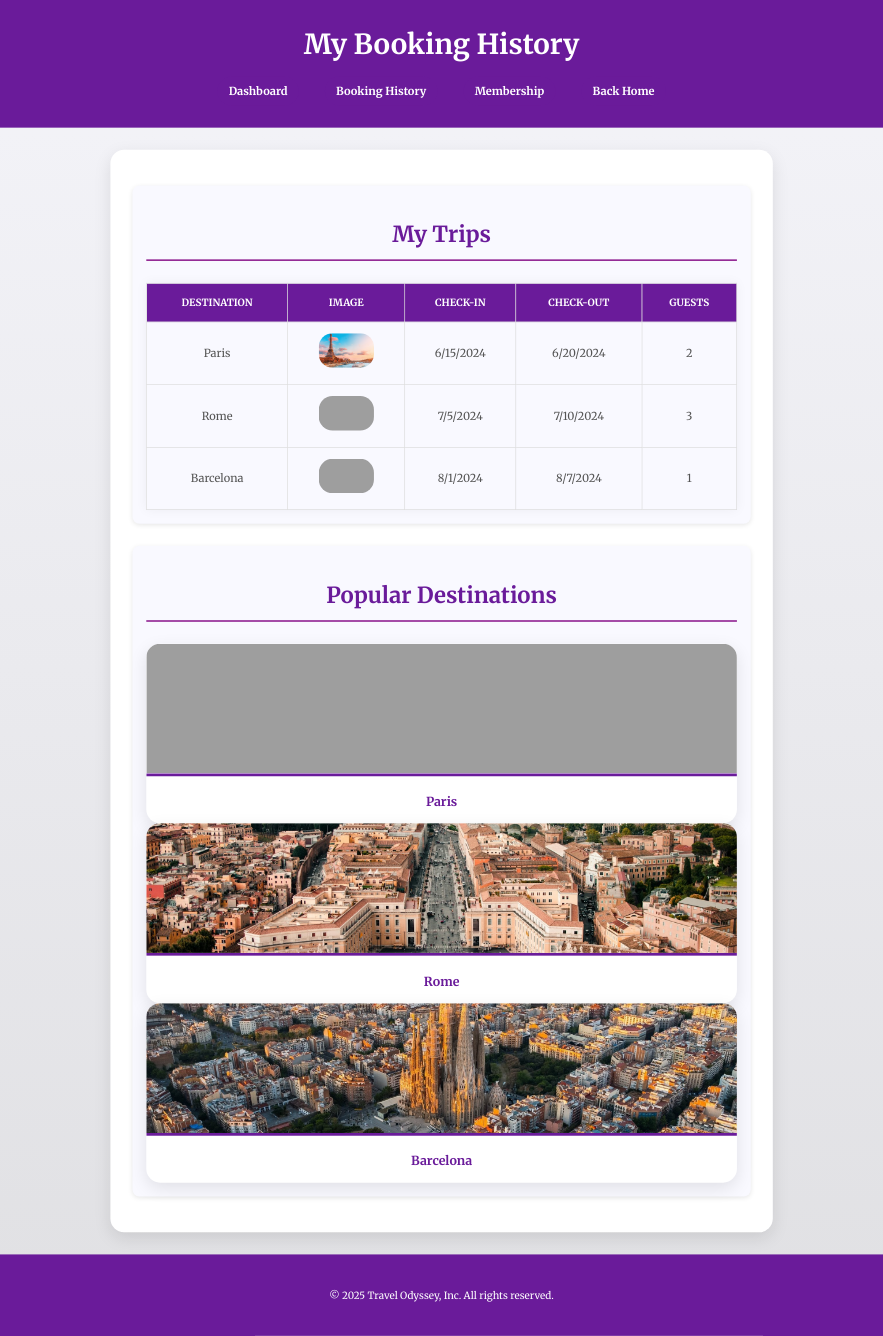
Repository: GHzPhoenix/Project-Odyssey
Page: Frontend/booking-history.html
An editor plug-in stored every save of this project. The page is shown before and after the next save, followed by the edit.
The browser window is 1280 px wide. The pictures show the whole page, at 69% of full size.
Pictures or frames that could not be fetched are drawn as grey boxes. The page's requests for data from a server got no answer.

Above is the page before, as saved 2025-06-08 11:27:14.

After the next save:
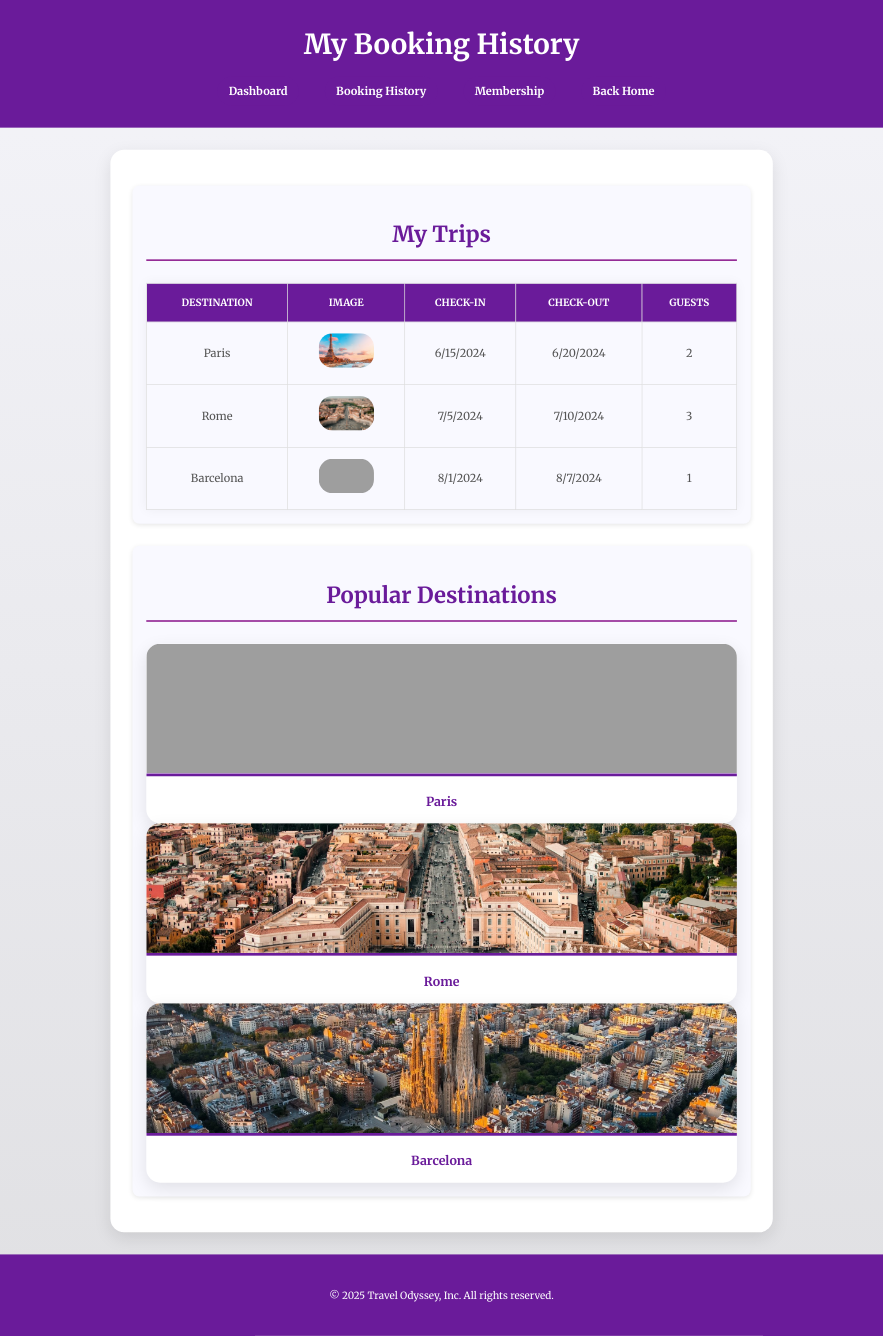
Saved 13 s later.
--- a/Frontend/booking-history.html
+++ b/Frontend/booking-history.html
@@ -87,8 +87,7 @@
         },
         {
           destination: "Rome",
-          image:
-            "https://upload.wikimedia.org/wikipedia/commons/7/7e/Colosseum_in_Rome%2C_Italy_-_April_2007.jpg",
+          image: "../Frontend/assets/rome.jpg",
           start_date: "2024-07-05",
           end_date: "2024-07-10",
           guests: 3,
